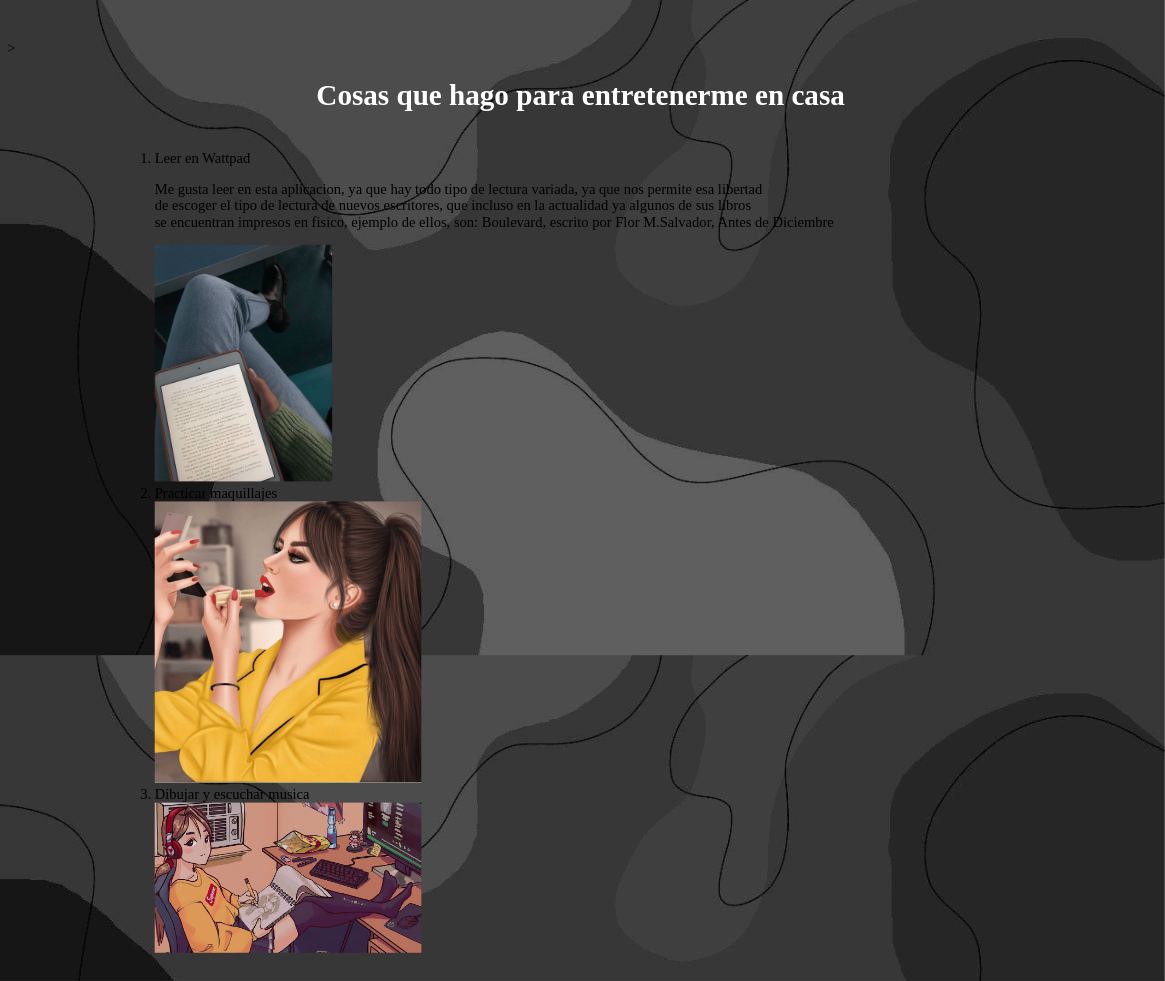
Repository: darlyn-saravia27/portafolio-darlynsaravia
Page: archivoshtml/entretenimiento.html
These files come from the project's save history. The page is drawn as it stood at one moment and after the next save; the edit follows.
The browser window is 1280 px wide. The pictures show the whole page, at 91% of full size.

Above is the page before, as saved 2023-03-05 03:50:08.

### archivoshtml/entretenimiento.html
<!DOCTYPE html>
<html lang="en">
<head>
    <meta charset="UTF-8">
    <meta http-equiv="X-UA-Compatible" content="IE=edge">
    <meta name="viewport" content="width=device-width, initial-scale=1.0">
    <title>Entretenimiento</title>
</head>
<body background="fondo.png">
    <table align="center">
        <tr>
            <td align="center" colspan="4"><h1><font color="white">Cosas que hago para entretenerme en casa
            </font></h1></td>
            <br>
            <br>
            <td></td>
        </tr>>
        <tr>
            <td>
                <ol type="1"><li>Leer en Wattpad</li>
                    <p>Me gusta leer en esta aplicacion, ya que hay todo tipo de lectura variada, ya que nos permite esa libertad<br>
                    de escoger el tipo de lectura de nuevos escritores, que incluso en la actualidad ya algunos de sus libros<br>
                    se encuentran impresos en fisico, ejemplo de ellos, son: Boulevard, escrito por Flor M.Salvador, Antes de Diciembre</p>
                    <img src="Book.png" width="20%" height="20%">
                <li type="1">Practicar maquillajes</li>
                    <img src="art.png" width="30%" height="30%">
                <li type="1">Dibujar y escuchar musica</li>
                    <img src="dibujo.png" width="30%" height="30%">
                </ol>
            </td>

</body>
</html>

After the next save:
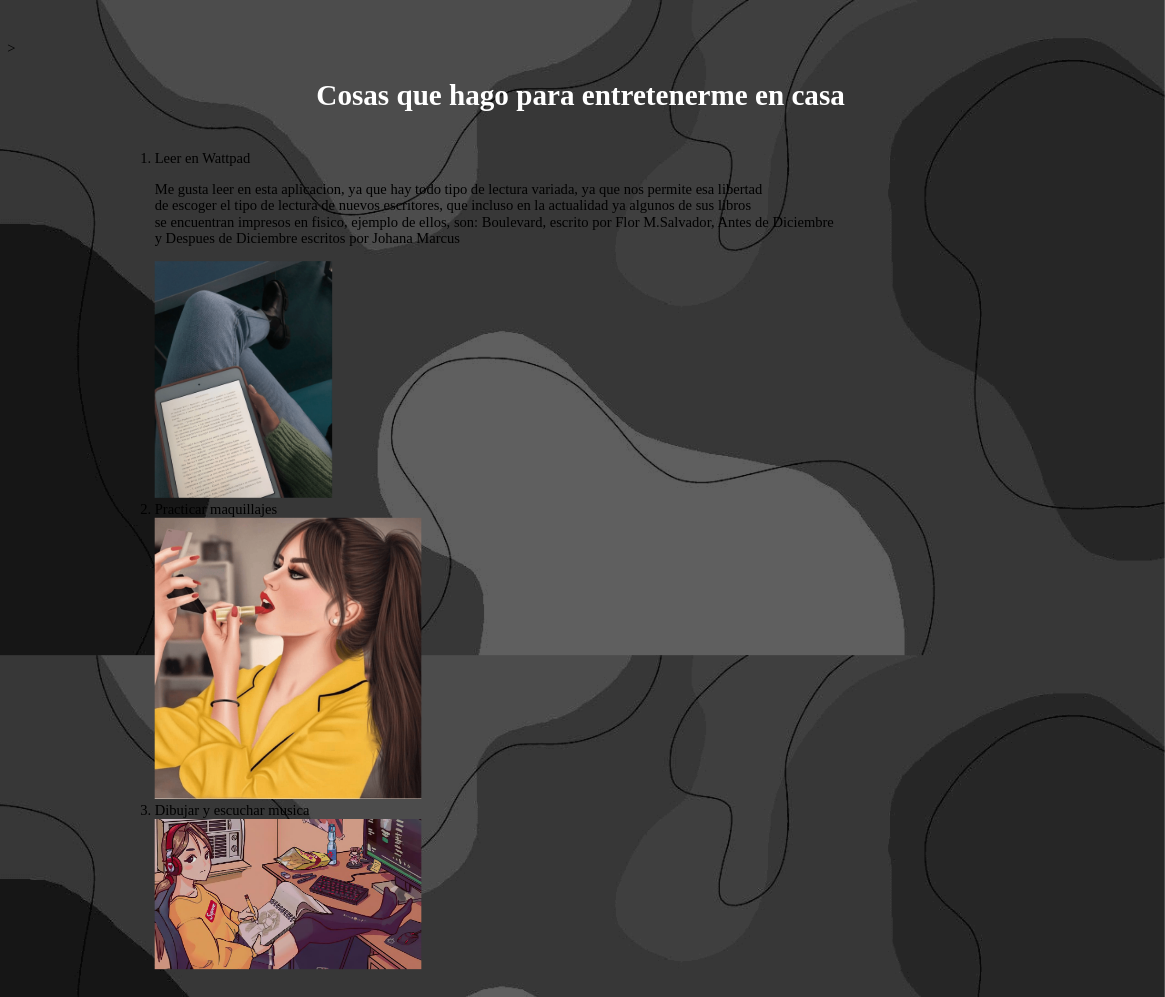
Saved 37 s later.
--- a/archivoshtml/entretenimiento.html
+++ b/archivoshtml/entretenimiento.html
@@ -20,7 +20,8 @@
                 <ol type="1"><li>Leer en Wattpad</li>
                     <p>Me gusta leer en esta aplicacion, ya que hay todo tipo de lectura variada, ya que nos permite esa libertad<br>
                     de escoger el tipo de lectura de nuevos escritores, que incluso en la actualidad ya algunos de sus libros<br>
-                    se encuentran impresos en fisico, ejemplo de ellos, son: Boulevard, escrito por Flor M.Salvador, Antes de Diciembre</p>
+                    se encuentran impresos en fisico, ejemplo de ellos, son: Boulevard, escrito por Flor M.Salvador, Antes de Diciembre<br>
+                    y Despues de Diciembre escritos por Johana Marcus</p>
                     <img src="Book.png" width="20%" height="20%">
                 <li type="1">Practicar maquillajes</li>
                     <img src="art.png" width="30%" height="30%">
